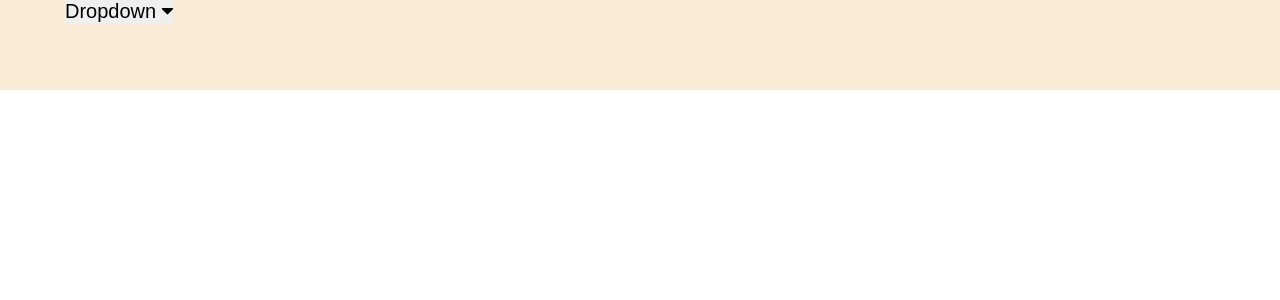
Repository: MorgunovaAlexandra/beauti
Page: index.html
These files come from the project's save history. The page is drawn as it stood at one moment and after a run of saves; the edit follows.
The browser window is 1280 px wide. The pictures show the whole page.

Above is the page before, as saved 2022-08-24 13:35:28.

After the next 3 saves:
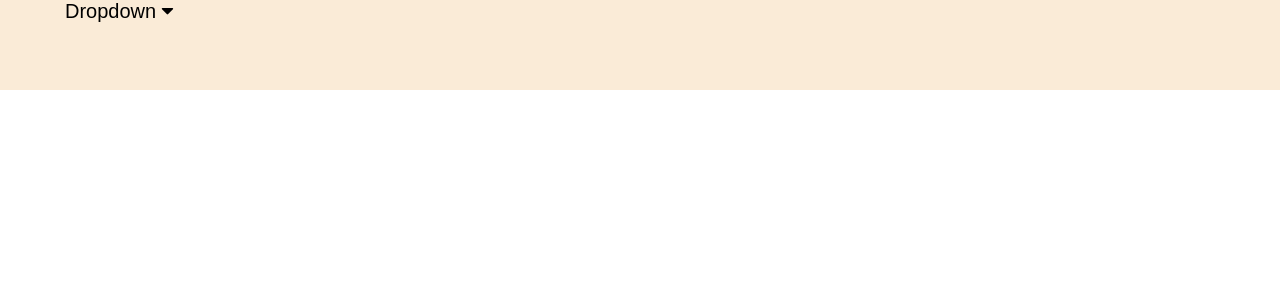
The 3 saves are shown as one change because they came seconds apart.
The last was saved 15 s later.
--- a/style.css
+++ b/style.css
@@ -98,7 +98,7 @@ a:hover::after{
   }
 .dropbtn{
     font-size: 20px;
-    background-color: ;
+    background-color: rgb(156, 153, 153,0) ;
 }
 .dropdown-content{
     display: none;
